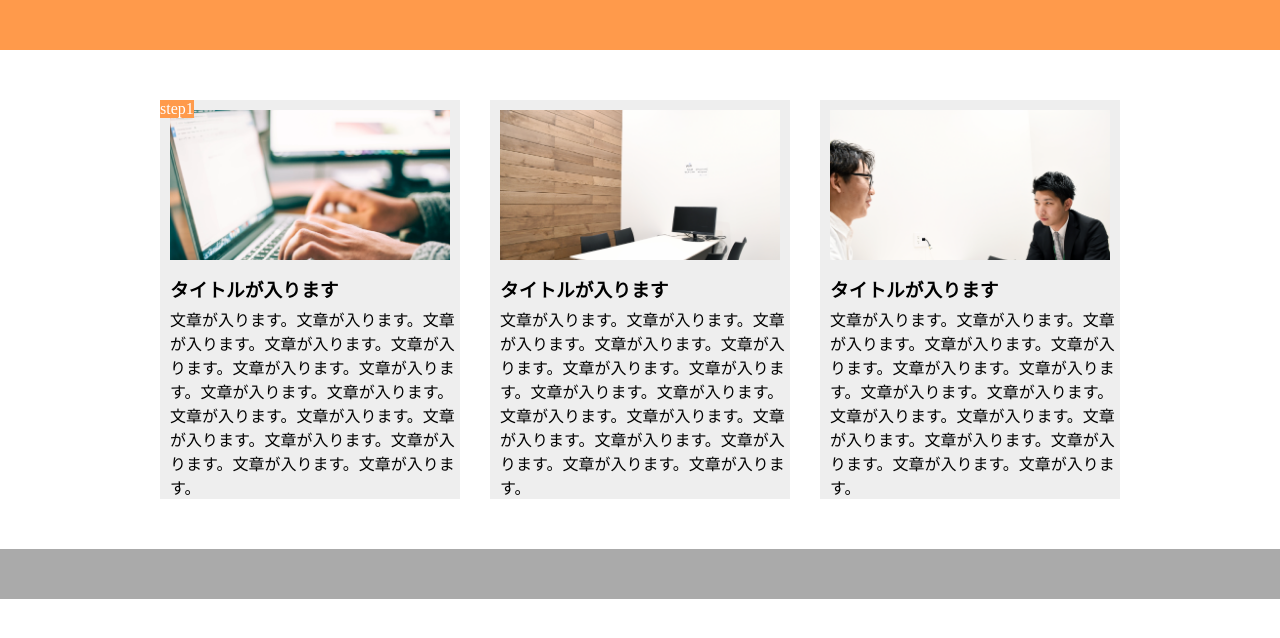
Repository: obm48er/all
Page: ennsyuu/演習問題９/index.html
The author's editor kept a record of every edit. The page is drawn from the files as they stood at one moment, then again after the next edit.
The browser window is 1280 px wide. The pictures show the whole page.

Above is the page before.

### ennsyuu/演習問題９/index.html
<!DOCTYPE html>
<html lang="ja">
  <head>
    <meta charset="UTF-8" />


    <link rel="stylesheet" href="style.css" />
    <title>CARAVAN</title>
  </head>
  <body>
    <header>

    </header>
    <main>
      <div class="box1">
        <span class="step">step1</span>
        <div class="box-image box-image1"></div>
        <h3 class="text-title">タイトルが入ります</h3>
        <p class="text">文章が入ります。文章が入ります。文章が入ります。文章が入ります。文章が入ります。文章が入ります。文章が入ります。文章が入ります。文章が入ります。文章が入ります。文章が入ります。文章が入ります。文章が入ります。文章が入ります。文章が入ります。文章が入ります。</p>
      </div>
      <div class="box1">
        <div class="box-image box-image2"></div>
        <h3 class="text-title">タイトルが入ります</h3>
        <p class="text">文章が入ります。文章が入ります。文章が入ります。文章が入ります。文章が入ります。文章が入ります。文章が入ります。文章が入ります。文章が入ります。文章が入ります。文章が入ります。文章が入ります。文章が入ります。文章が入ります。文章が入ります。文章が入ります。</p>
      </div>
      <div class="box1">
        <div class="box-image box-image3"></div>
        <h3 class="text-title">タイトルが入ります</h3>
        <p class="text">文章が入ります。文章が入ります。文章が入ります。文章が入ります。文章が入ります。文章が入ります。文章が入ります。文章が入ります。文章が入ります。文章が入ります。文章が入ります。文章が入ります。文章が入ります。文章が入ります。文章が入ります。文章が入ります。</p>
      </div>
    </main>

  </body>
  <footer>

  </footer>

### ennsyuu/演習問題９/style.css
* {
  margin: 0;
  padding: 0;
  box-sizing: border-box;
}

header{
  height: 50px;
  background-color: #FF9A4B;
}
main{
  width: 960px;
  display:flex;
  justify-content:center;
  margin: 0 auto;
}
.step{
  position: absolute;
  top: 0;
  left: 0;
  background-color: #ff9a4b;
  color: #fff;
}
.box1{
  width: 300px;
  margin: 50px 0 ;
  background-color: #EEEEEE;
  margin-right: 30px;
  position: relative;
}
.box1:last-child{
  margin-right: 0;
}
.box-image{
  background-size: cover;
  height: 150px;
  margin:10px 10px 0 10px;
}
.box-image1{
  background-image: url(img/flow01.png)
}
.box-image2{
  background-image: url(img/flow02.png)
}
.box-image3{
  background-image: url(img/flow03.png)
}

.text-title{
  padding: 15px 0 5px 10px;
}
.text{
  margin-left: 10px;
}



footer{
  height: 50px;
  background-color: #AAAAAA;
}


@media screen and (max-width:768px) {

  main{
    width: 100%;
    margin: 50px 0;
    display:block;
  }

  .box1{
  width: 90%;
  margin:auto;
  background-color: #EEEEEE;
  margin-bottom:20px;
  position: relative;
  }
  .box1:last-child{
  margin-bottom: 0;
  margin: auto;
  }
}

After the next edit:
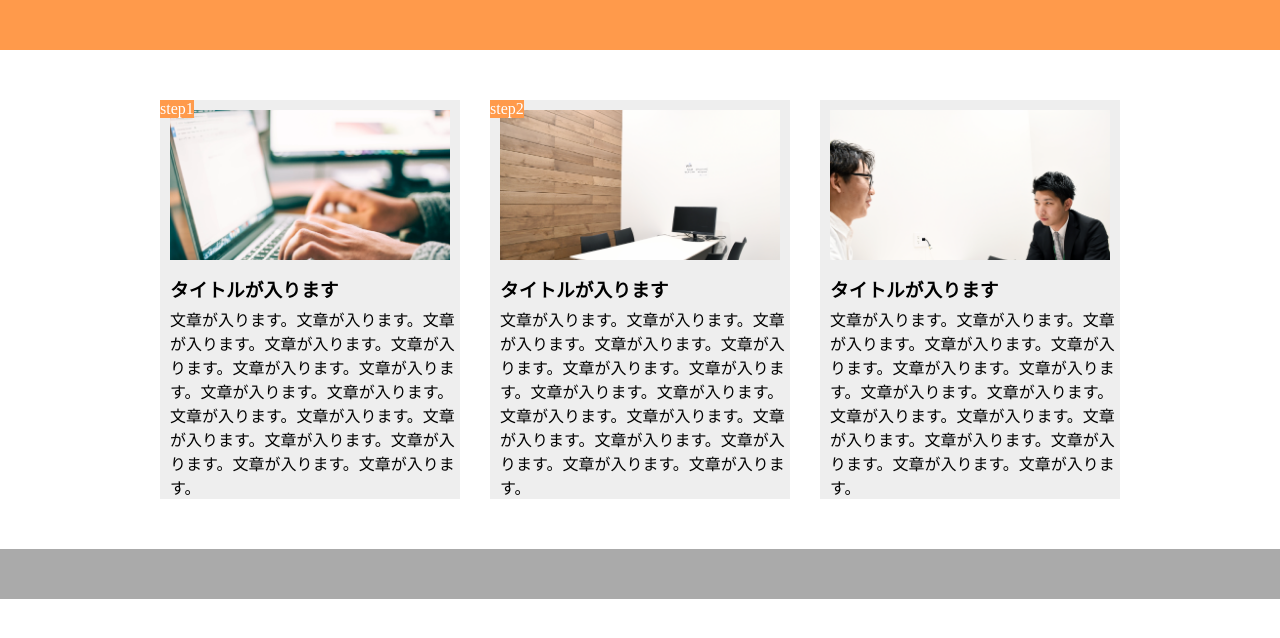
The edit:
--- a/ennsyuu/演習問題９/index.html
+++ b/ennsyuu/演習問題９/index.html
@@ -19,6 +19,7 @@
         <p class="text">文章が入ります。文章が入ります。文章が入ります。文章が入ります。文章が入ります。文章が入ります。文章が入ります。文章が入ります。文章が入ります。文章が入ります。文章が入ります。文章が入ります。文章が入ります。文章が入ります。文章が入ります。文章が入ります。</p>
       </div>
       <div class="box1">
+        <span class="step">step2</span>
         <div class="box-image box-image2"></div>
         <h3 class="text-title">タイトルが入ります</h3>
         <p class="text">文章が入ります。文章が入ります。文章が入ります。文章が入ります。文章が入ります。文章が入ります。文章が入ります。文章が入ります。文章が入ります。文章が入ります。文章が入ります。文章が入ります。文章が入ります。文章が入ります。文章が入ります。文章が入ります。</p>
